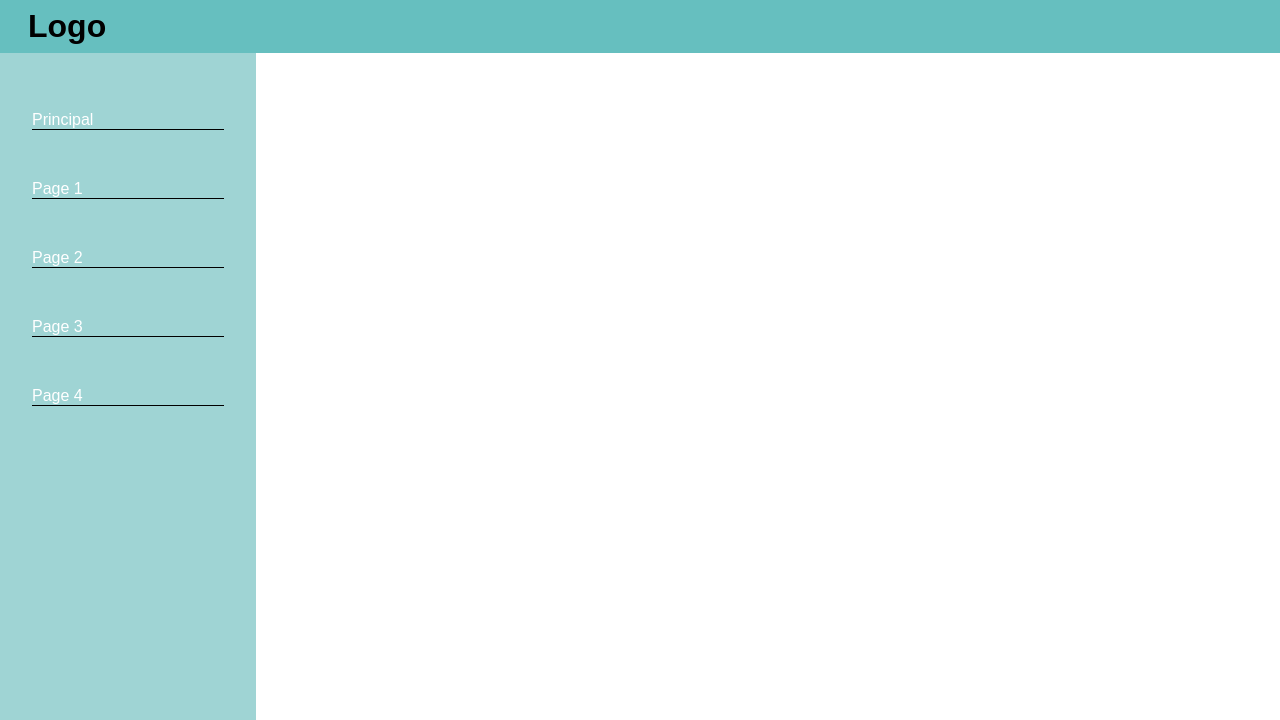
Repository: mateus-henrique-silva/Dashboard-pixel-facebook-react
Page: / (app in dashboard-pixel/)
These files come from the project's save history. The page is drawn as it stood at one moment and after a run of saves; the edit follows.
The browser window is 1280 px wide. The pictures show the whole page.
The project was rebuilt for these pictures with package versions that can differ from the ones it lists, and the page was loaded fresh each time.

Above is the page before, as saved 2022-07-07 17:53:47.

### dashboard-pixel/src/index.js
import React from "react";
import ReactDOM from "react-dom/client";

import App from "./App";
import reportWebVitals from "./reportWebVitals";

const root = ReactDOM.createRoot(document.getElementById("root"));
root.render(
  <React.StrictMode>
    <App />
  </React.StrictMode>
);

reportWebVitals();

### dashboard-pixel/src/App.jsx
import React from "react";
import Main from "./Components/MainPage/Main";



function App() {
  return (
    <div >
        <Main/>


    </div>
  );
}

export default App;

### dashboard-pixel/src/Components/MainPage/Main.jsx
import React from 'react'
import './Main.css'
import Header from '../Header/Header'
import SideBar from "../SideBar/SideBar"

const Main = () => {
  return (
    <div className="Main">
        <Header/>
        <SideBar/>
    </div>
  )
}

export default Main

### dashboard-pixel/src/Components/MainPage/Main.css
* {
  border: 0;
  margin: 0;
  font-family: sans-serif;
  overflow-y: hidden;
}

.Main {
  width: 100%;
  height: 100vh;
}
.startHeader{
    width: 100%;
    display: flex;
    justify-content: center;
}

### dashboard-pixel/src/Components/Header/Header.jsx
import React from 'react'
import "./Header.css"

const Header = () => {
  return (
    <div className="startHeader">

        <div className="Header">
            <h1>Logo</h1>
        </div>

    </div>
  )
}

export default Header

### dashboard-pixel/src/Components/SideBar/SideBar.jsx
import React from "react";
import "./SideBar.css";

const SideBar = () => {
  return (
    <div>
      <div className="div-sidebar">
        <div className="Menu-tag">
          <div><a href="#">Principal</a></div>
          <div><a href="#">Page 1</a></div>
          <div><a href="#">Page 2</a></div>
          <div><a href="#">Page 3</a></div>
          <div><a href="#">Page 4</a></div>
        </div>
      </div>
    </div>
  );
};

export default SideBar;

### dashboard-pixel/src/Components/Header/Header.css
.Header{
    width: 99vw;
    padding: 0.5em 0.5em ;
    background-color:#66BFBF;
    display:flex;
    align-items:center;




}

.Header h1{
    margin-left: 20px;
}

### dashboard-pixel/src/Components/SideBar/SideBar.css
.div-sidebar {
  height: 100vh;
  width: 20vw;
  background-color: #9fd4d4;
  display: grid;
}

.Menu-tag {
  height: 100%;
  padding: 0.5em 2em;
}

.Menu-tag div {
  margin-top:50px;
  border-bottom: 1px solid ;}

.Menu-tag div a {
    text-decoration: none;
    color:white;
  }

Loaded but not shown: dashboard-pixel/public/index.html (common file); dashboard-pixel/src/reportWebVitals.js (common file)

After the next 3 saves:
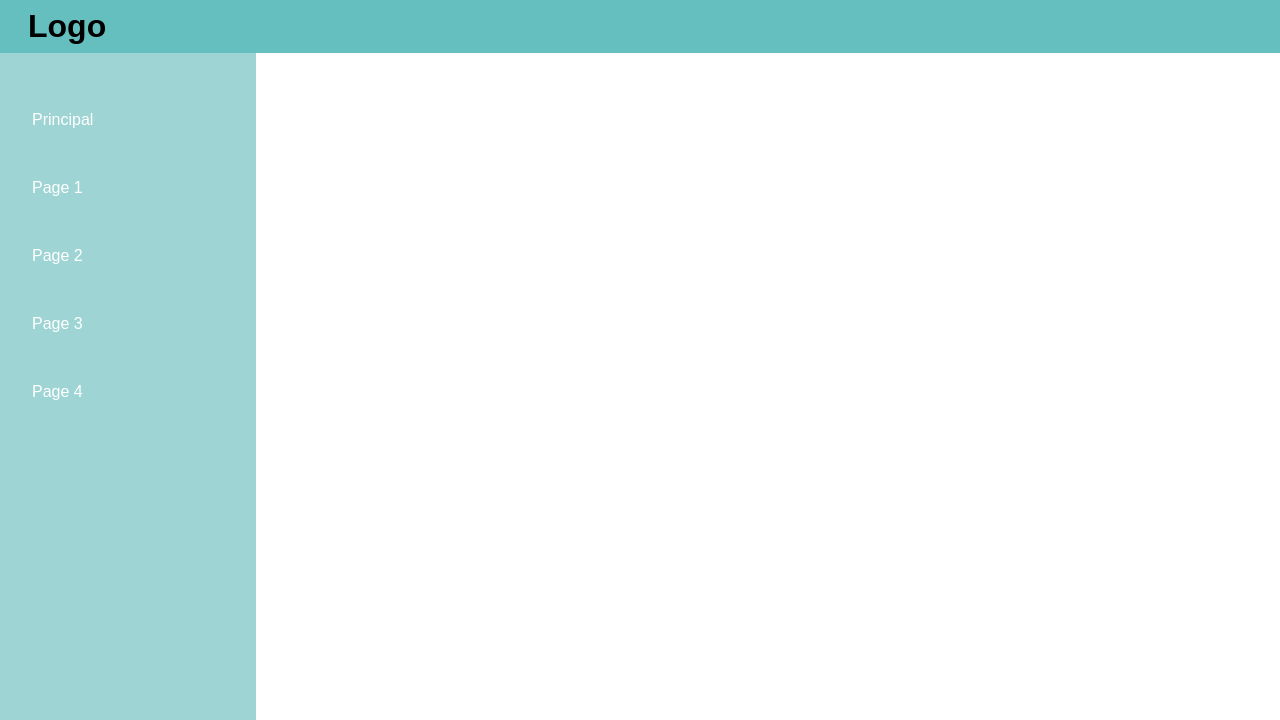
The 3 saves are shown as one change because they came seconds apart.
The last was saved 47 s later.
--- a/dashboard-pixel/src/Components/SideBar/SideBar.css
+++ b/dashboard-pixel/src/Components/SideBar/SideBar.css
@@ -12,7 +12,7 @@
 
 .Menu-tag div {
   margin-top:50px;
-  border-bottom: 1px solid ;}
+}
 
 .Menu-tag div a {
     text-decoration: none;
